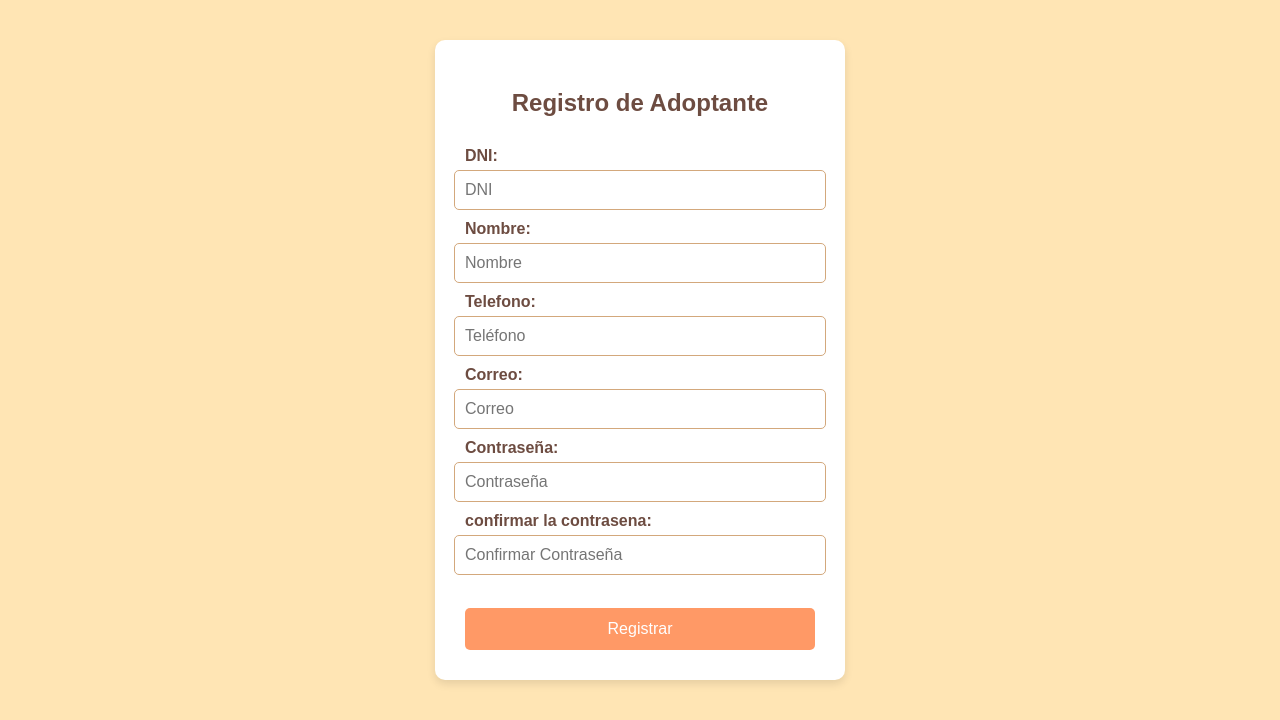
Repository: adriarodrisan/PetLover
Page: Paginas_web/registro.html
The author's editor kept a copy of each file at every save. The page is drawn from the files as they stood at one save, then again after the next save.
The browser window is 1280 px wide. The pictures show the whole page.

Above is the page before, as saved 2025-03-05 14:31:50.

After the next save:
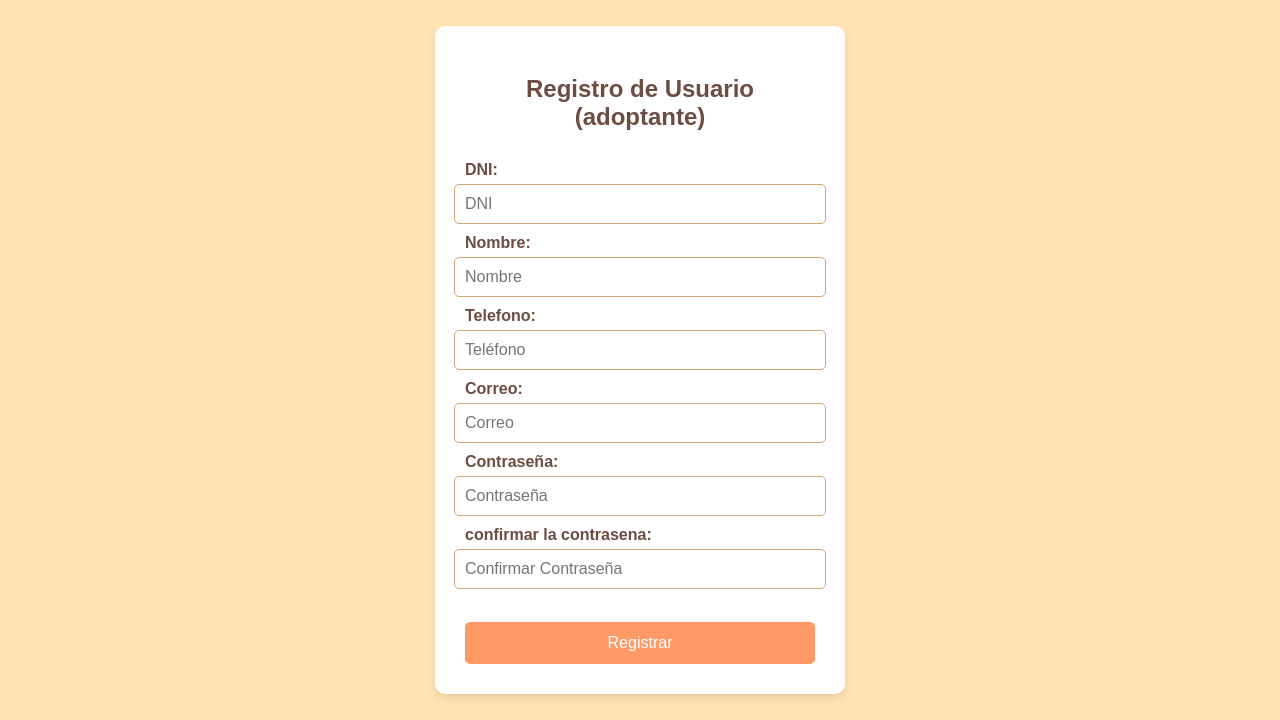
Saved 28 s later.
--- a/Paginas_web/registro.html
+++ b/Paginas_web/registro.html
@@ -8,7 +8,7 @@
 </head>
 <body>
     <div class="fondo">
-        <h2>Registro de Adoptante</h2>
+        <h2>Registro de Usuario (adoptante)</h2>
         <form action="/Paginas_web/insertar_datos_registro.php">
             <label for="DNI"> DNI:</label>
             <input type="text" name="dni" placeholder="DNI" required>
